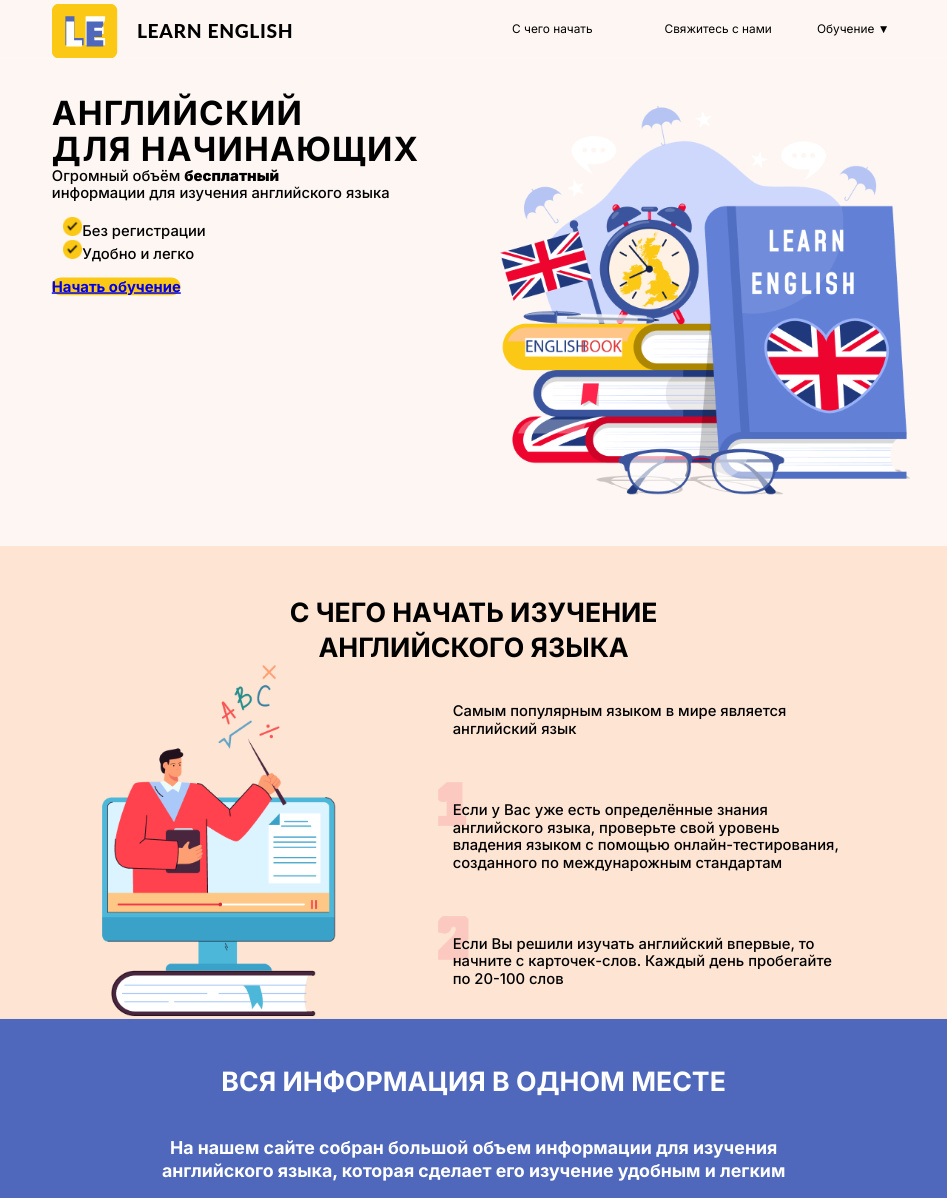
Repository: WladimirVA/Diplom
Page: scool/index.html
These files come from the project's save history. The page is drawn as it stood at one moment and after the next save; the edit follows.
The browser window is 1280 px wide. The pictures show the whole page, at 74% of full size.

Above is the page before, as saved 2023-07-06 19:19:45.

After the next save:
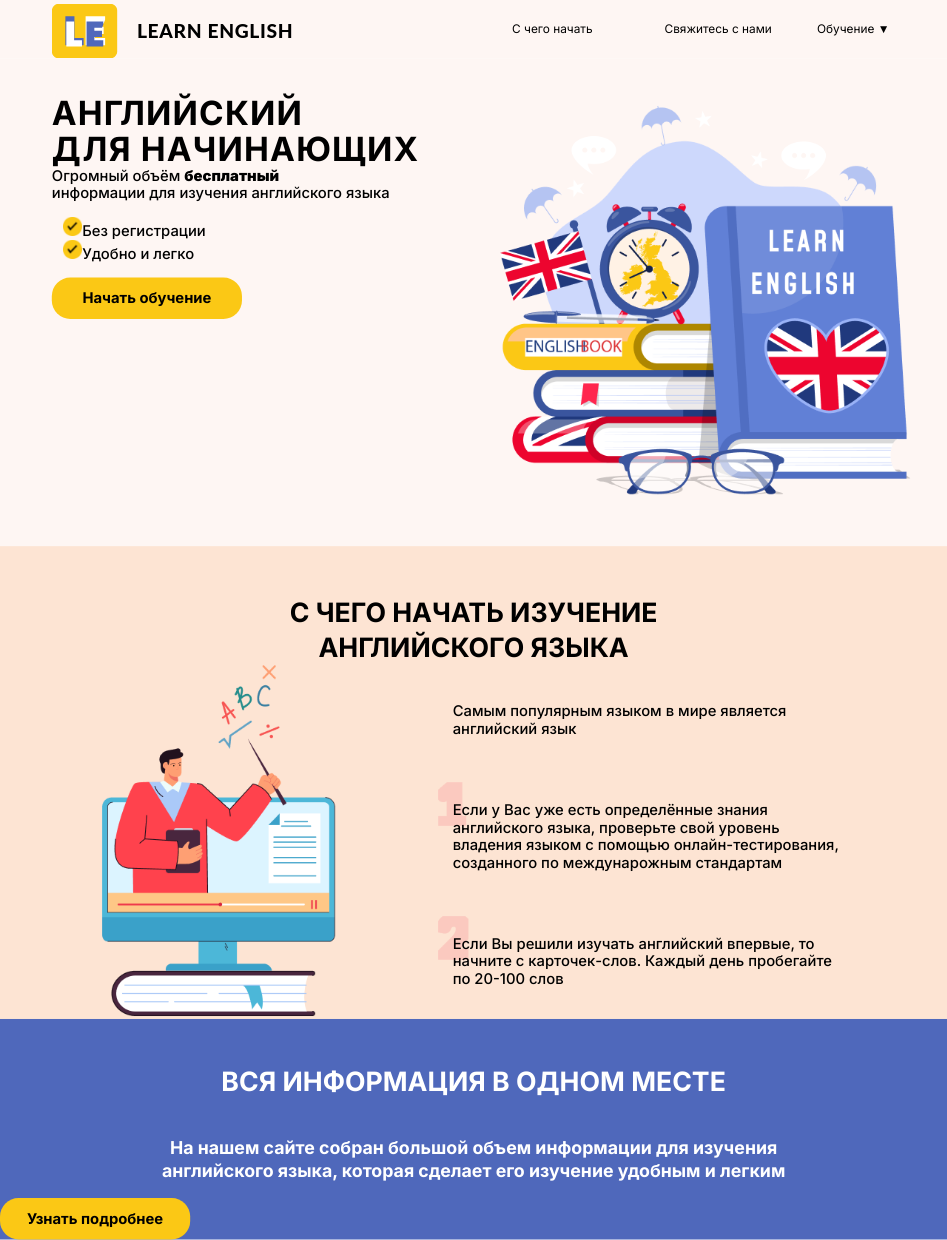
Saved 56 s later.
--- a/scool/index.html
+++ b/scool/index.html
@@ -62,10 +62,9 @@
                             </ul>
                         </div>
                         <div class="buttonsHome">
-
-
-                                <a href="page/new.html" class="btn button_home">Начать обучение</a>
-
+                            <form action="#" method="post">
+                                <button class="button_home">Начать обучение</button>
+                            </form>
                         </div>
                     </div>
                     <div class="beginners-img">
@@ -112,6 +111,9 @@
                         <img src="" alt="">
                         <h3></h3>
                         <p></p>
+                        <form action="#" method="post">
+                            <button class="button_home">Узнать подробнее</button>
+                        </form>
                     </div>
                 </div>
             </div>
